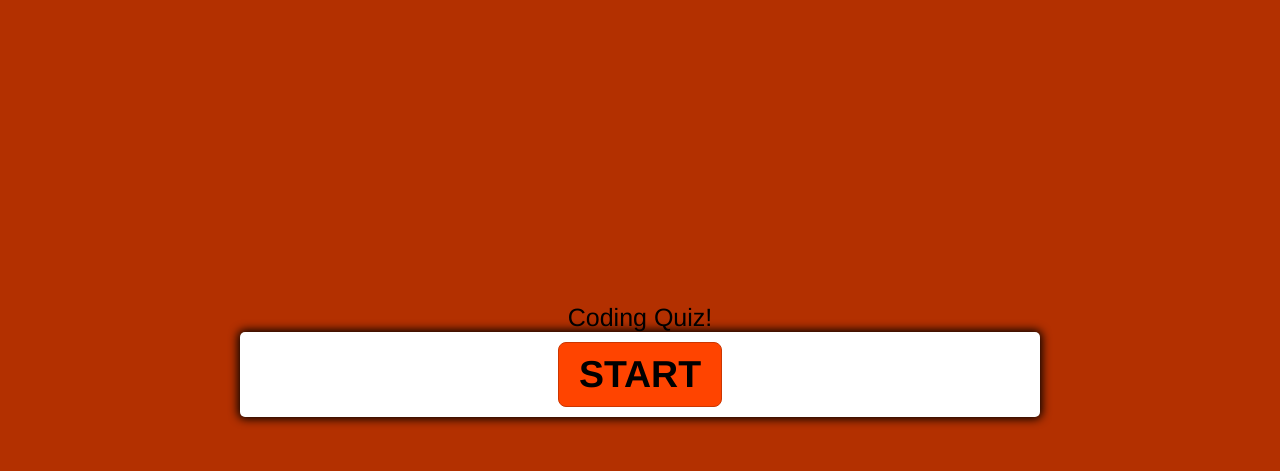
Repository: Vshepard879/Code-Quiz
Page: index.html
An editor plug-in stored every save of this project. The page is shown before and after the next save, followed by the edit.
The browser window is 1280 px wide. The pictures show the whole page.

Above is the page before, as saved 2022-03-18 05:51:51.

After the next save:
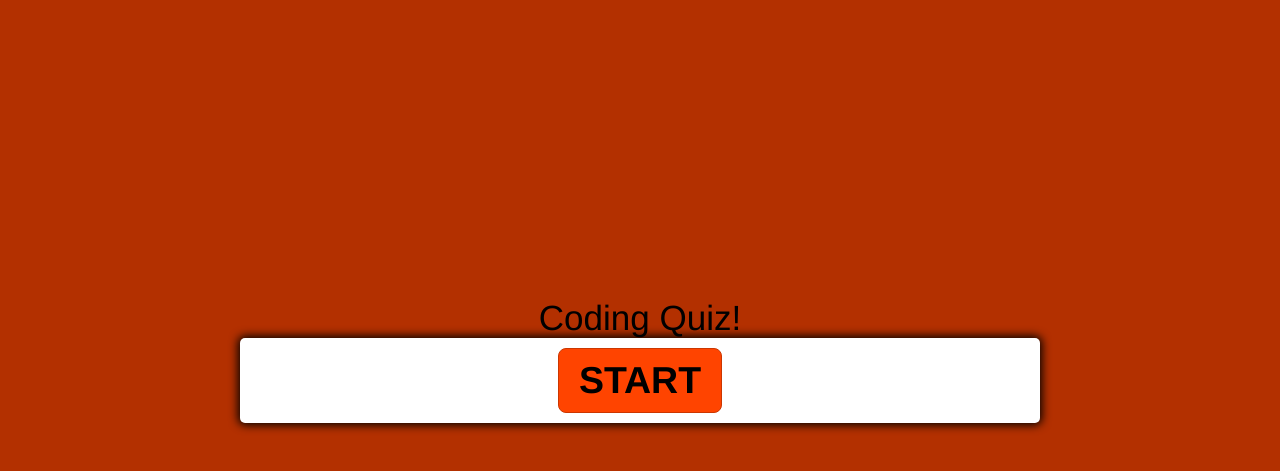
Saved 22 s later.
--- a/assets/css/style.css
+++ b/assets/css/style.css
@@ -13,6 +13,7 @@
 header {
     display: flex;
     flex-direction: column;
+    font-size: 35px;
 }
 body{
     --hue: var(--hue-neutral);
